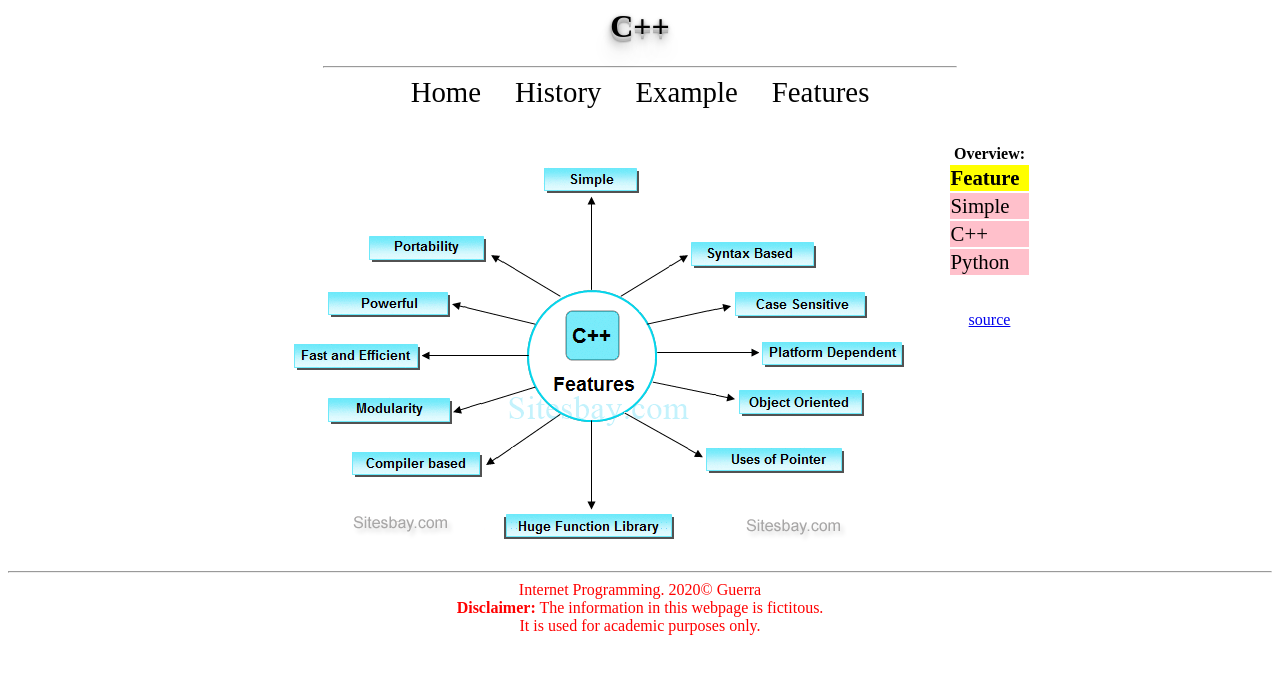
Repository: EricG831/a1
Page: a1/Features.html
The author's editor kept a record of every edit. The page is drawn from the files as they stood at one moment, then again after the next edit.
The browser window is 1280 px wide. The pictures show the whole page.
Some web fonts or font styles are not loaded; a fallback is used.

Above is the page before.

After the next edit:
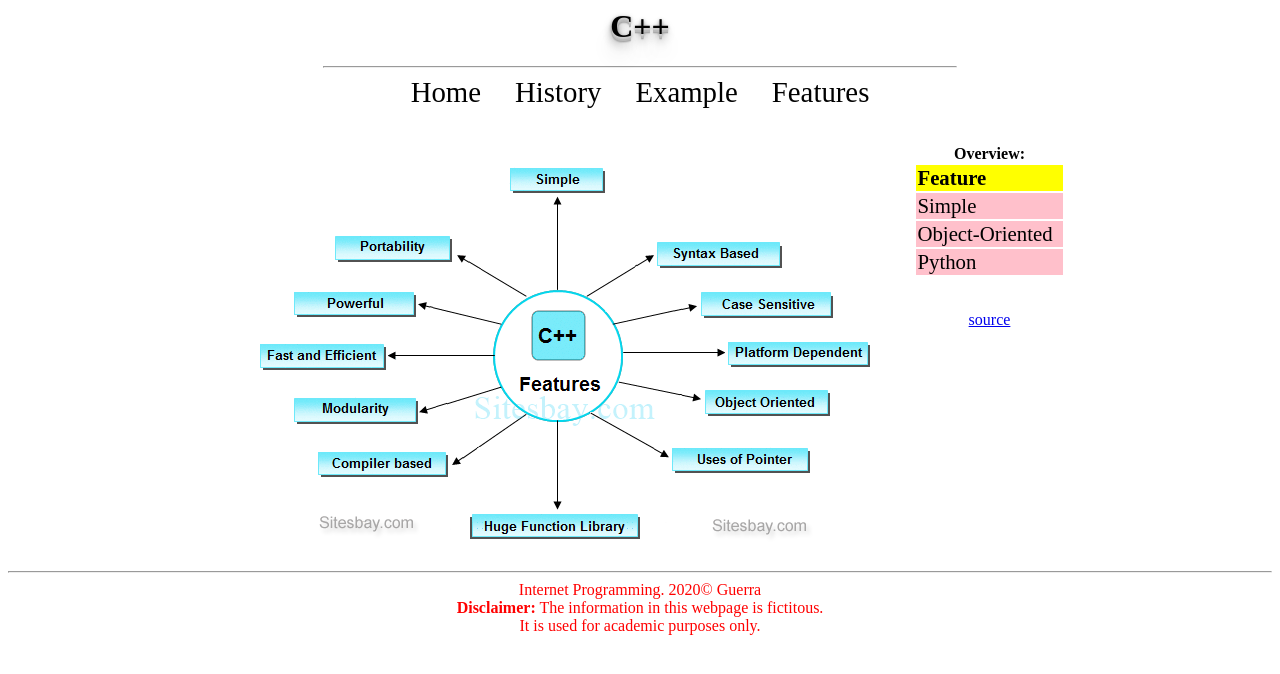
The edit:
--- a/a1/Features.html
+++ b/a1/Features.html
@@ -40,7 +40,7 @@
                     <td>Simple</td>
                 </tr>
                 <tr class="table-row">
-                    <td>C++</td>
+                    <td>Object-Oriented</td>
                 </tr>
                 <tr class="table-row">
                     <td>Python</td>
